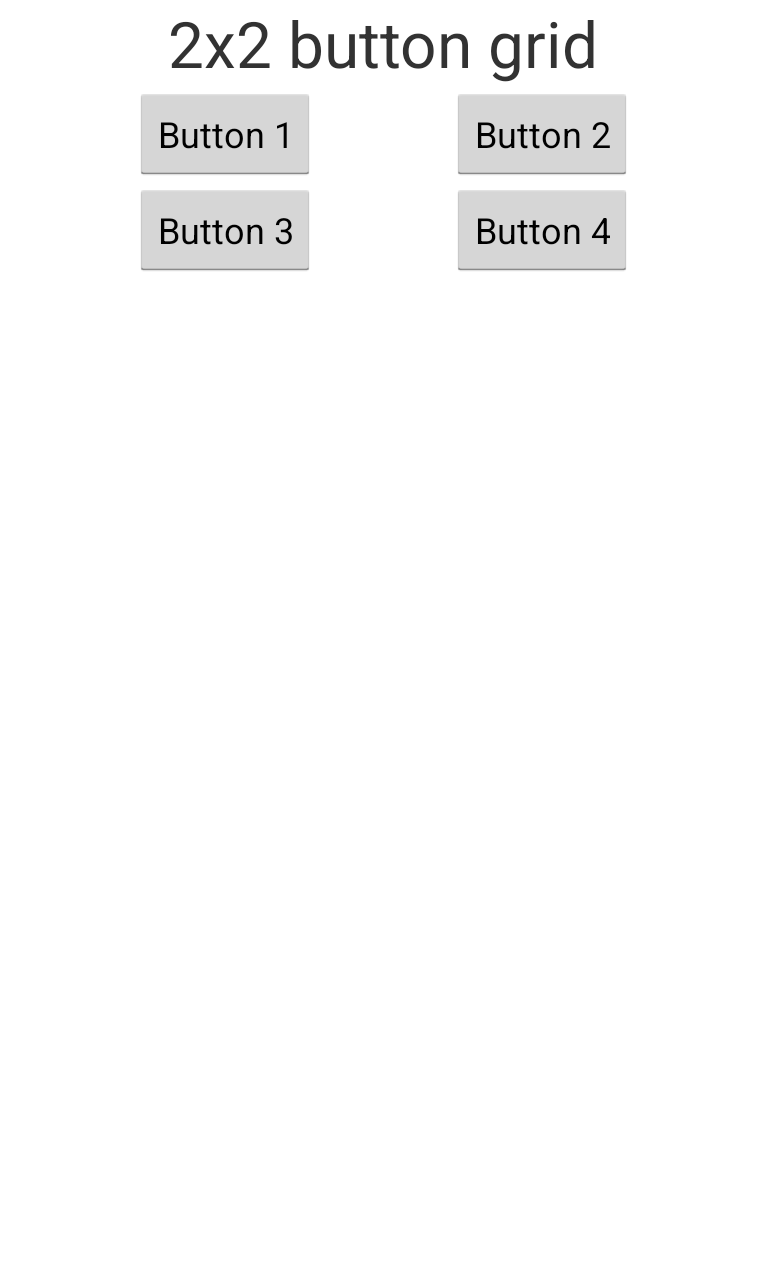
Repository: rayyrayy/Android-app-project
Layout: flashaccounting/easy money manager/res/layout/tryy.xml
The author's editor kept a copy of each file at every save. The layout is drawn from the files as they stood at one save, then again after the next save.
It is drawn on a 768 x 1280 px phone screen (xhdpi) without system bars, with theme AppTheme; the app's code is not run.

Above is the layout before, as saved 2014-11-03 05:12:33.

### flashaccounting/easy money manager/res/layout/tryy.xml
<GridLayout
    xmlns:android="http://schemas.android.com/apk/res/android"
    android:layout_width="match_parent"
    android:layout_height="wrap_content"
    android:columnCount="1"
>
    <TextView
        android:text="2x2 button grid"
        android:textSize="32dip"
        android:layout_gravity="center_horizontal" />

    <LinearLayout
        android:layout_width="match_parent"
        android:layout_height="wrap_content" android:orientation="horizontal">
        <Space
            android:layout_width="wrap_content"
            android:layout_height="match_parent"
            android:layout_weight="1" />
        <Button
            android:layout_width="wrap_content"
            android:layout_height="wrap_content"
            android:text="Button 1" />
        <Space
            android:layout_width="wrap_content"
            android:layout_height="match_parent"
            android:layout_weight="1" />
        <Button
            android:layout_width="wrap_content"
            android:layout_height="wrap_content"
            android:layout_gravity="start"
            android:text="Button 2" />
        <Space
            android:layout_width="wrap_content"
            android:layout_height="match_parent"
            android:layout_weight="1" />
    </LinearLayout>

    <LinearLayout
        android:layout_width="match_parent"
        android:layout_height="wrap_content"
        android:orientation="horizontal"
    >
        <Space
            android:layout_width="wrap_content"
            android:layout_height="match_parent"
            android:layout_weight="1" />
        <Button
            android:layout_width="wrap_content"
            android:layout_height="wrap_content"
            android:text="Button 3" />
        <Space
            android:layout_width="wrap_content"
            android:layout_height="match_parent"
            android:layout_weight="1" />
        <Button
            android:layout_width="wrap_content"
            android:layout_height="wrap_content"
            android:layout_gravity="start"
            android:text="Button 4" />
        <Space
            android:layout_width="wrap_content"
            android:layout_height="match_parent"
            android:layout_weight="1" />
    </LinearLayout>
</GridLayout>

Loaded but not shown: flashaccounting/easy money manager/res/values/styles.xml (common file); flashaccounting/easy money manager/res/values-v11/styles.xml (common file); flashaccounting/easy money manager/res/values-v14/styles.xml (common file)

After the next save:
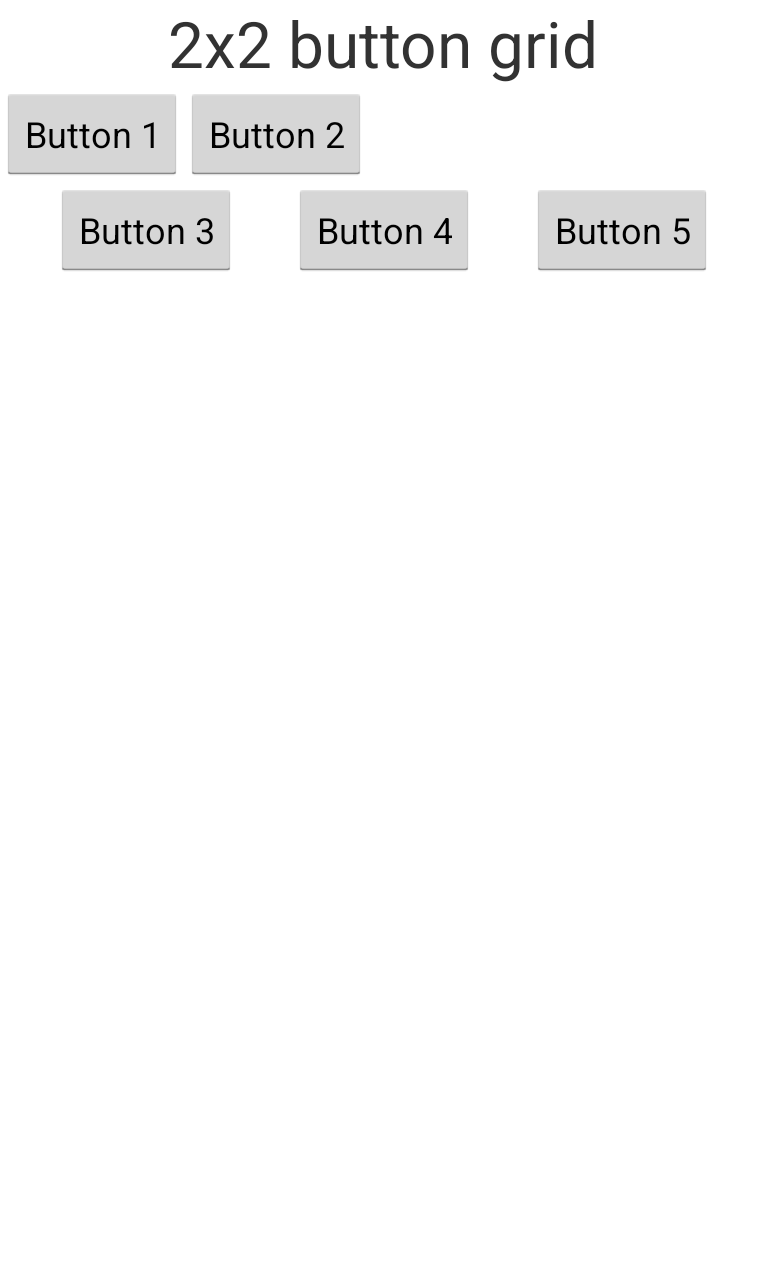
Saved 25 min 28 s later.
--- a/flashaccounting/easy money manager/res/layout/tryy.xml
+++ b/flashaccounting/easy money manager/res/layout/tryy.xml
@@ -12,27 +12,18 @@
     <LinearLayout
         android:layout_width="match_parent"
         android:layout_height="wrap_content" android:orientation="horizontal">
-        <Space
-            android:layout_width="wrap_content"
-            android:layout_height="match_parent"
-            android:layout_weight="1" />
+
         <Button
             android:layout_width="wrap_content"
             android:layout_height="wrap_content"
             android:text="Button 1" />
-        <Space
-            android:layout_width="wrap_content"
-            android:layout_height="match_parent"
-            android:layout_weight="1" />
+
         <Button
             android:layout_width="wrap_content"
             android:layout_height="wrap_content"
             android:layout_gravity="start"
             android:text="Button 2" />
-        <Space
-            android:layout_width="wrap_content"
-            android:layout_height="match_parent"
-            android:layout_weight="1" />
+
     </LinearLayout>
 
     <LinearLayout
@@ -61,5 +52,15 @@
             android:layout_width="wrap_content"
             android:layout_height="match_parent"
             android:layout_weight="1" />
+                <Button
+            android:layout_width="wrap_content"
+            android:layout_height="wrap_content"
+            android:layout_gravity="start"
+            android:text="Button 5" />
+        <Space
+            android:layout_width="wrap_content"
+            android:layout_height="match_parent"
+            android:layout_weight="1" />
+
     </LinearLayout>
 </GridLayout>
